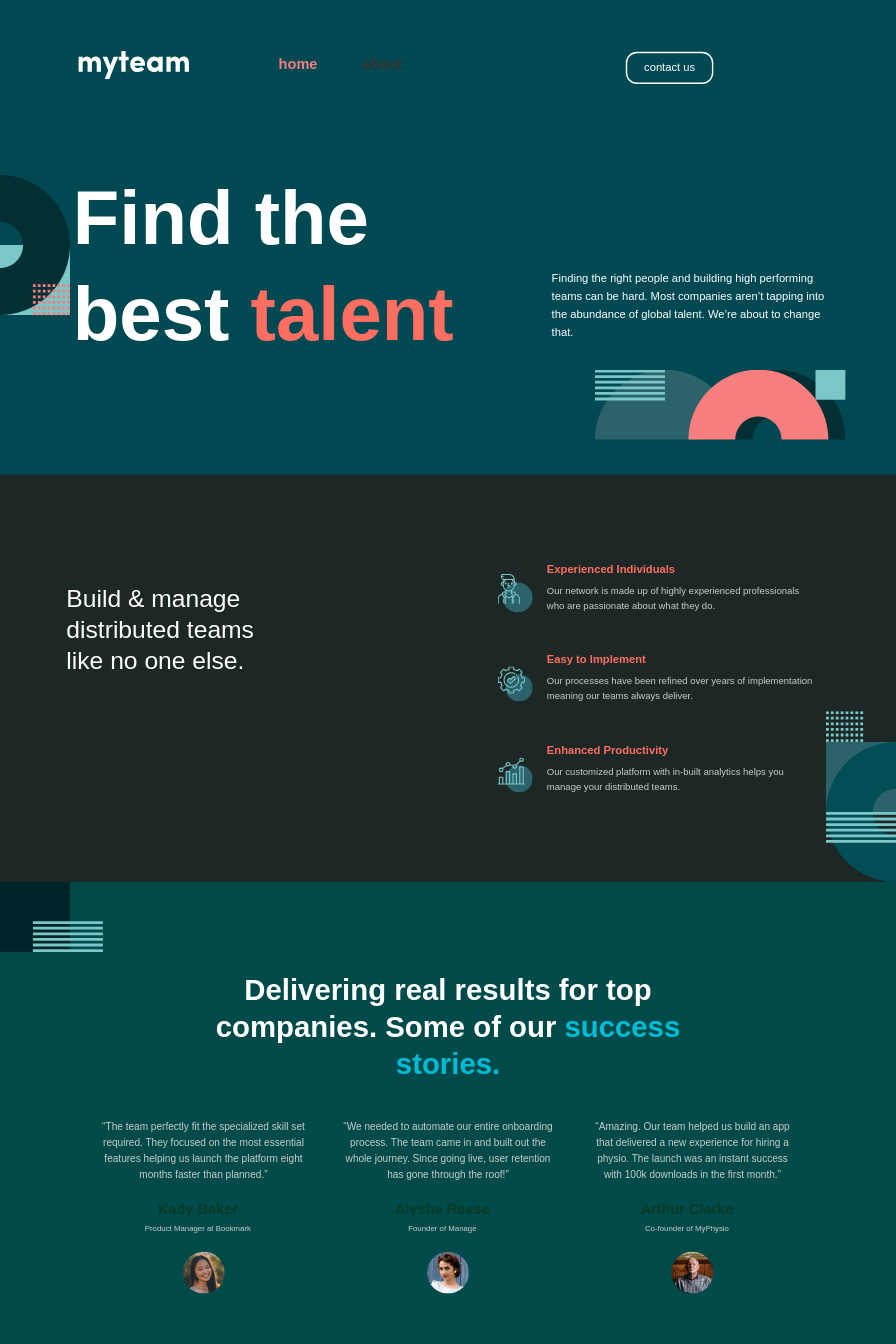
Repository: Gabriel221-dev/Project-page-main
Page: /
These files come from the project's save history. The page is drawn as it stood at one moment and after the next save; the edit follows.
The browser window is 1280 px wide. The pictures show the part of the page from y = 0 to 1920 px (the page is 2612 px tall), at 70% of full size.
The project was rebuilt for these pictures with package versions that can differ from the ones it lists, and the page was loaded fresh each time. Also part of the build but not shown: vite.config.js, src/pages/About.css, src/components/DirectorCard.css, src/components/DirectorCard.jsx, src/pages/About.jsx, src/pages/Contact.css, src/pages/Contact.jsx.

Above is the page before, as saved 2024-07-23 18:26:31.

After the next save:
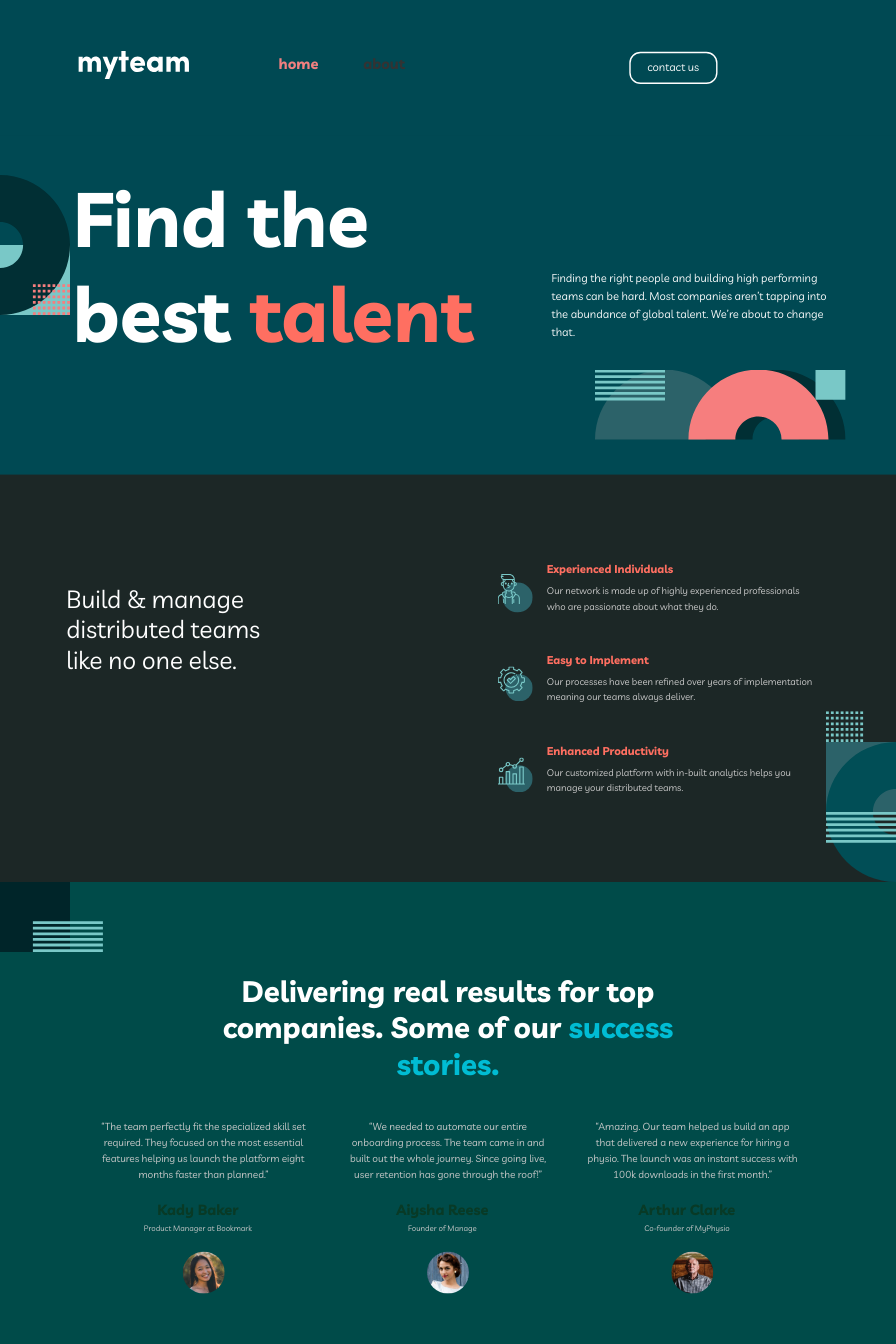
Saved 37 s later.
--- a/src/styles/global.css
+++ b/src/styles/global.css
@@ -6,7 +6,7 @@
   }
 
   body {
-    font-family: 'Arial', sans-serif;
+    font-family: "Livvic", sans-serif;
     line-height: 1.6;
     color: #333;
     background-color: #004953;
